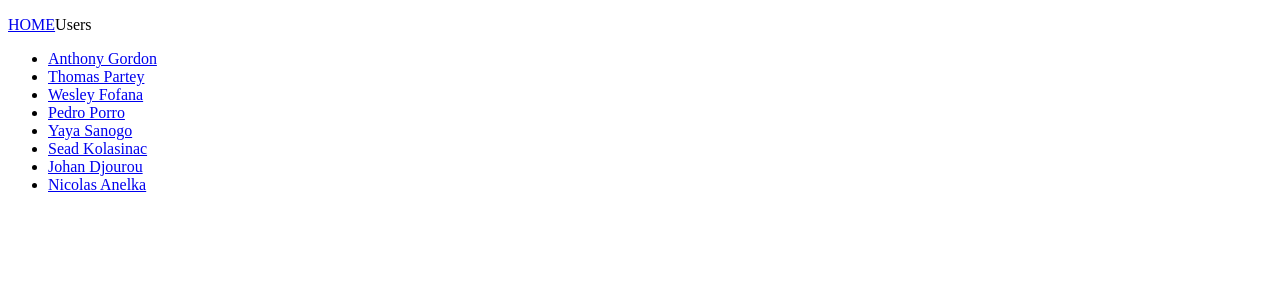
Repository: NotVS/Django-project1
Page: http://localhost/users/
The author's editor kept a copy of each file at every save. The page is drawn from the files as they stood at one save, then again after a run of saves.
The browser window is 1280 px wide. The pictures show the whole page.
The page is served by the project's application, run on Django 5.2 (manage.py). Other server files are loaded and not shown. The page reads the database file committed with the project.

Above is the page before, as saved 2025-07-01 12:03:08.

### users/templates/all_users.html
{% extends "master.html" %}

{% block title %}
    Users - Full List
{% endblock %}

{% block content %}
    <p><a href = "/">HOME</a


    <h1>Users</h1>

    <ul>
        {% for x in myusers %}
            <li><a href="/users/details/{{x.id}}">{{x.first_name}} {{x.last_name}}</a></li>
        {% endfor %}
    </ul>

{% endblock %}

### users/templates/master.html
<!DOCTYPE html>

<html>
<head>
    <title>{% block title %}{% endblock %} </title>
</head>

<body>

{% block content %}
{% endblock %}

</body>
</html>

### users/views.py
from django.shortcuts import loader
from django.http import HttpResponse
from .models import User

def users(request):
    myusers = User.objects.all().values()
    template = loader.get_template('all_users.html')
    context = {
        'myusers' : myusers
    }

    return HttpResponse(template.render(context, request))


def details(request, id):
    myuser = User.objects.get(id=id)
    template = loader.get_template('details.html')
    context = {
        'myuser' : myuser,
    }

    return HttpResponse(template.render(context, request))


def main(request):
    template = loader.get_template('main.html')
    return HttpResponse(template.render())

### myproject/urls.py
"""
URL configuration for myproject project.

The `urlpatterns` list routes URLs to views. For more information please see:
    https://docs.djangoproject.com/en/5.2/topics/http/urls/
Examples:
Function views
    1. Add an import:  from my_app import views
    2. Add a URL to urlpatterns:  path('', views.home, name='home')
Class-based views
    1. Add an import:  from other_app.views import Home
    2. Add a URL to urlpatterns:  path('', Home.as_view(), name='home')
Including another URLconf
    1. Import the include() function: from django.urls import include, path
    2. Add a URL to urlpatterns:  path('blog/', include('blog.urls'))
"""

from django.contrib import admin
from django.urls import include, path

urlpatterns = [
    path("admin/", admin.site.urls),
    path('', include('users.urls'))
]

### users/urls.py
from django.urls import path
from . import views

urlpatterns = [
    path('', views.main, name = 'main'),
    path('users/', views.users, name= 'users'),
    path('users/details/<int:id>/', views.details, name = 'details')
]

### db.sqlite3 (the tables this page reads, as SQL)
CREATE TABLE "users_user" ("id" integer NOT NULL PRIMARY KEY AUTOINCREMENT, "first_name" varchar(255) NOT NULL, "last_name" varchar(255) NOT NULL, "date_joined" date NOT NULL, "password" varchar(20) NULL, "phone" varchar(15) NULL, "username" varchar(15) NULL);
INSERT INTO "users_user" VALUES
(1, 'Anthony', 'Gordon', '2025-07-01', 'Gordonio', '67676767', 'Tonio'),
(2, 'Thomas', 'Partey', '2025-07-01', 'Twister', '69696969', 'Jamaican'),
(3, 'Wesley', 'Fofana', '2025-07-01', 'BecauseIamTuff', '420420', 'I_stare_down_rice'),
(4, 'Pedro', 'Porro', '2025-07-01', 'Meinster', '789123', 'Porridge'),
(5, 'Yaya', 'Sanogo', '2025-07-01', 'hehe69heheboi', '919818', 'useless_man'),
(6, 'Sead', 'Kolasinac', '2025-07-02', 'pukema45', '818414', 'KSead18'),
(7, 'Johan', 'Djourou', '2025-07-02', 'sickman814', '009988', 'JDDJVANCE'),
(8, 'Nicolas', 'Anelka', '2025-07-02', 'Ilovemoney', '999999', 'IAmABagChaser');

After the next 3 saves:
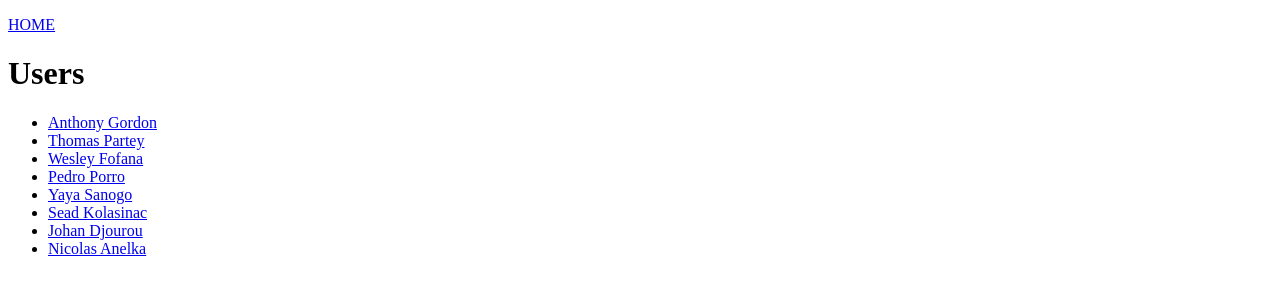
The 3 saves are shown as one change because they came seconds apart.
The last was saved 52 s later.
--- a/users/templates/all_users.html
+++ b/users/templates/all_users.html
@@ -5,7 +5,7 @@
 {% endblock %}
 
 {% block content %}
-    <p><a href = "/">HOME</a
+    <p><a href = "/">HOME</a></p>
 
 
     <h1>Users</h1>
